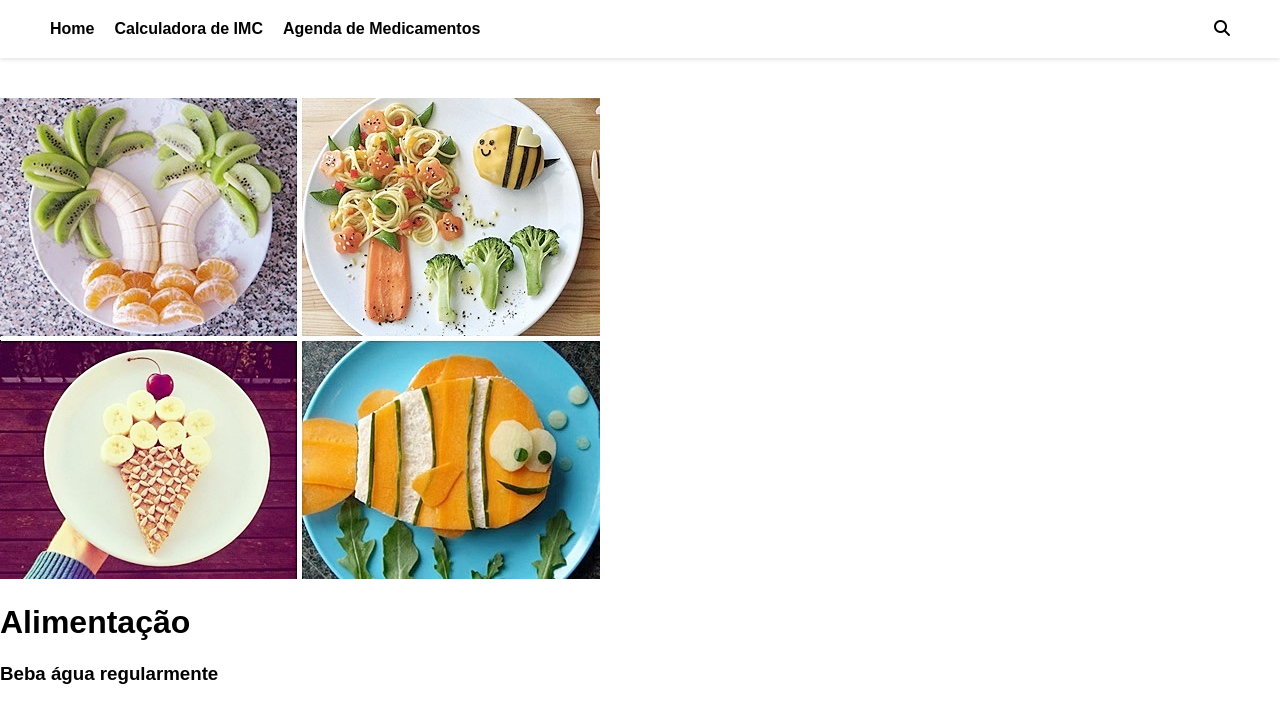
Repository: Cristiane-Sartori14/dicasSaude
Page: index.html
The author's editor kept a copy of each file at every save. The page is drawn from the files as they stood at one save, then again after the next save.
The browser window is 1280 px wide. The pictures show the whole page.

Above is the page before, as saved 2025-05-18 21:24:13.

After the next save:
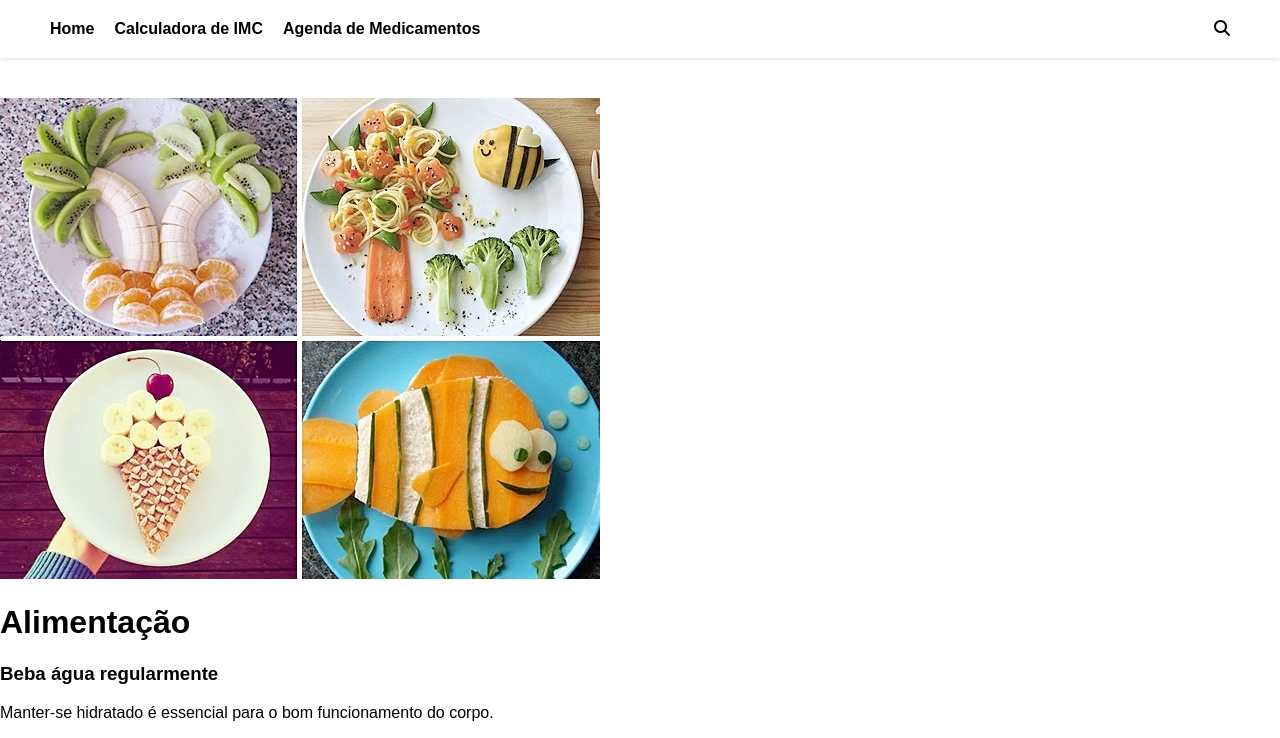
Saved 13 s later.
--- a/index.html
+++ b/index.html
@@ -37,7 +37,9 @@
         <div class="health-details">
         <h1 class="health-title">Alimentação</h1>
         <h3>Beba água regularmente</h3>
-        <p></p>
+        <p>Manter-se hidratado é essencial para o bom funcionamento do corpo.</p>
+
+
         </div>
 
      </div>
